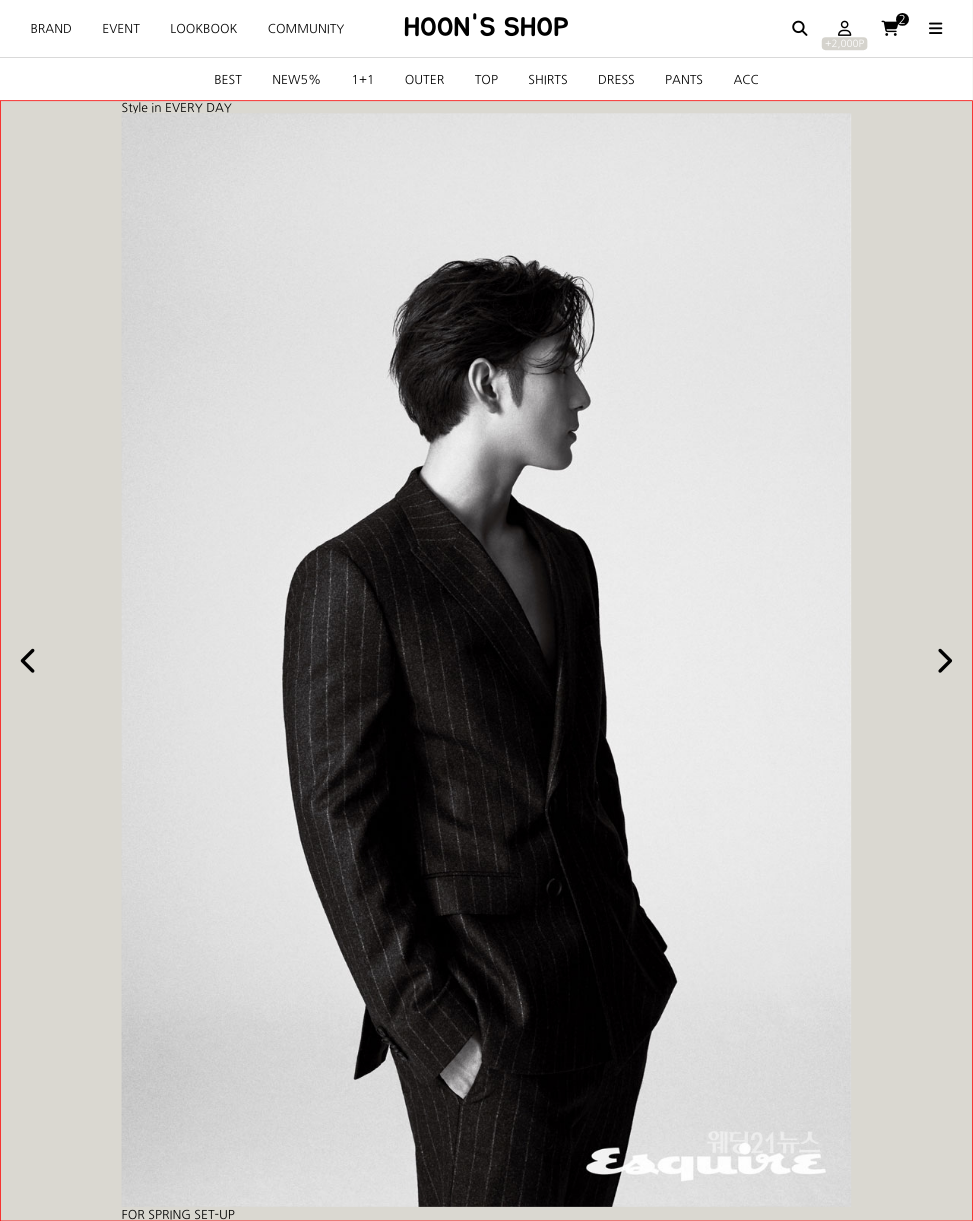
Repository: Iimchaehoon/cafeProject
Page: src/index.html
The author's editor kept a copy of each file at every save. The page is drawn from the files as they stood at one save, then again after the next save.
The browser window is 1280 px wide. The pictures show the whole page, at 76% of full size.
Some web fonts or font styles are not loaded; a fallback is used. Some web libraries are served in a nearby version.

Above is the page before, as saved 2024-07-23 22:02:06.

After the next save:
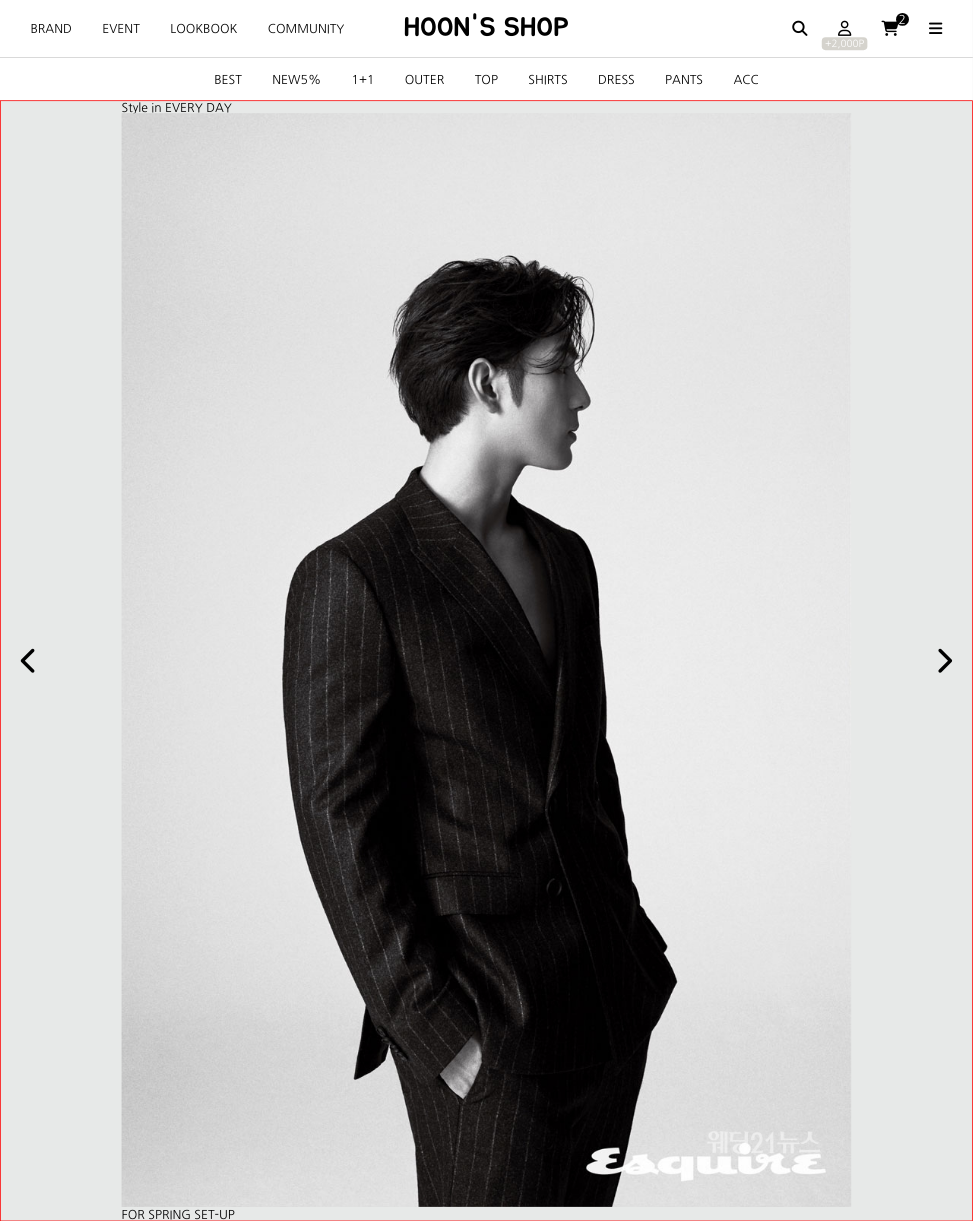
Saved 76 s later.
--- a/src/css/slider.css
+++ b/src/css/slider.css
@@ -4,7 +4,7 @@
   border: 1px solid red;
   align-items: center;
   padding: 0 30px;
-  background-color: #dad8d1;
+  background-color: #e7e9e8;
 }
 
 .main__slider-btn {
